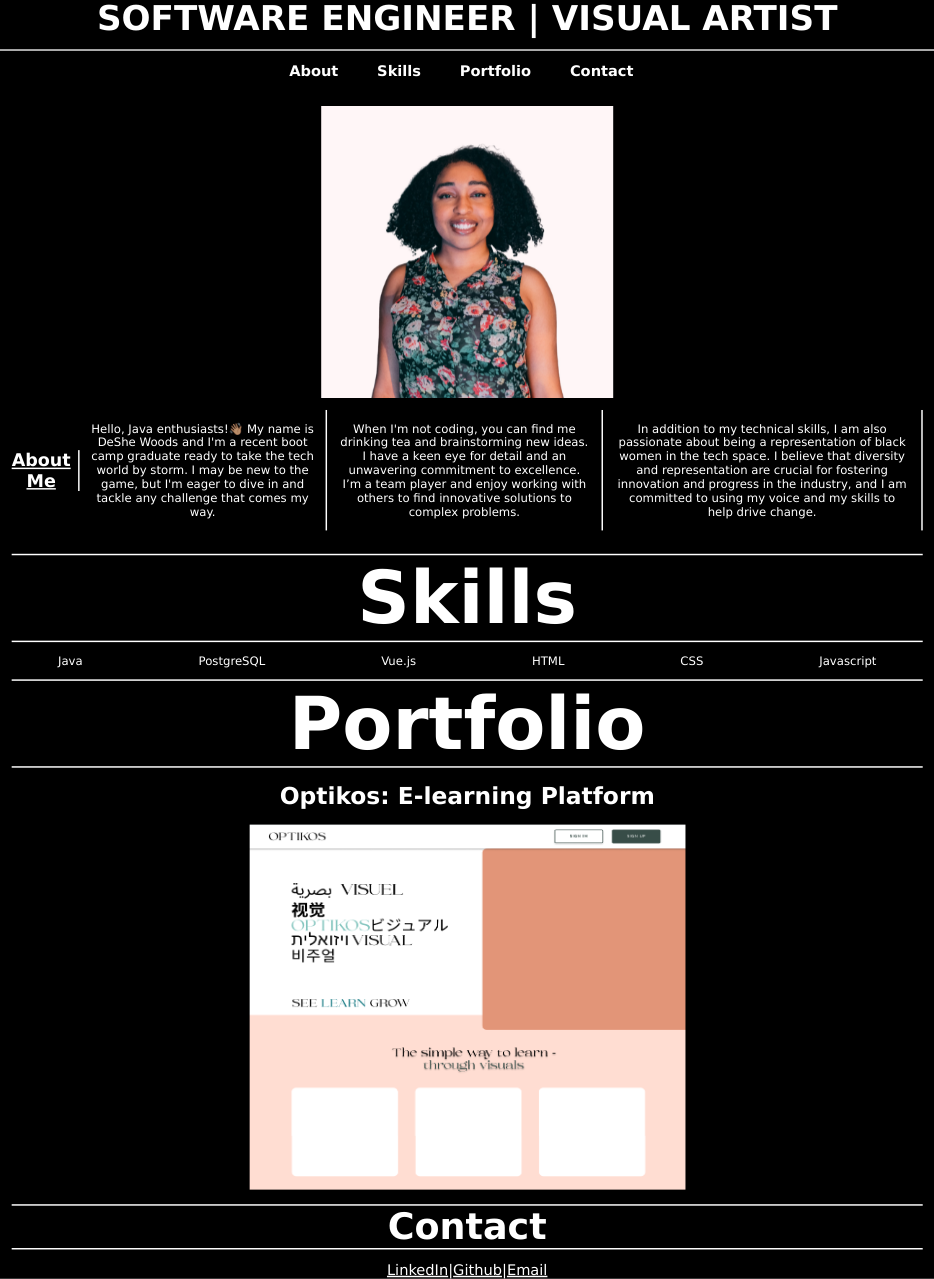
Repository: woodsdeshe/portfolio
Page: index.html
An editor plug-in stored every save of this project. The page is shown before and after the next save, followed by the edit.
The browser window is 1280 px wide. The pictures show the part of the page from y = 664 to 2416 px (the page is 2416 px tall), at 73% of full size.
The pointer rests on the first visible `.navbar a`.
A picture or video elsewhere on the page could not be fetched, so the positions and the page height are approximate. Some web fonts or font styles are not loaded; a fallback is used.

Above is the page before, as saved 2023-06-11 12:46:47.

### index.html
<!DOCTYPE html>
<html lang="en">
<head>
    <meta charset="UTF-8">
    <meta http-equiv="X-UA-Compatible" content="IE=edge">
    <meta name="viewport" content="width=device-width, initial-scale=1.0">
    <title>DeShe Woods | Software Engineer</title>
    <link rel="stylesheet" href="style.css">
    <link rel="stylesheet" href="https://cdnjs.cloudflare.com/ajax/libs/aos/2.3.4/aos.css" />
</head>
<body>
    <div class="container">
        <video autoplay muted loop>
            <source src="pexels-crazy-motions-11738195-1920x1080-24fps.mp4" type="video/mp4">
        </video>
        <div class="header">
            <h1>DESHE WOODS</h1>
        </div>
    </div>
    <div class="subheader">
        <h3>SOFTWARE ENGINEER | VISUAL ARTIST</h3>
    </div>
    <nav class="navbar">
        <ul>
            <li><a href="#about">About</a></li>
            <li><a href="#skills">Skills</a></li>
            <li><a href="#portfolio">Portfolio</a></li>
            <li><a href="#contact">Contact</a></li>
        </ul>
    </nav>
    <div class="headshot" data-aos="fade-up">
        <img src="Headshot.jpg" alt="Picture of DeShe Woods">
    </div>
    <div class="about-me" data-aos="fade-up">
        <h2 id="about">About Me</h2>
        <p>Hello, Java enthusiasts!👋🏽 My name is DeShe Woods and I'm a recent boot camp graduate ready to take the tech world by storm. I may be new to the game, but I'm eager to dive in and tackle any challenge that comes my way.</p>
        <p>When I'm not coding, you can find me drinking tea and brainstorming new ideas. I have a keen eye for detail and an unwavering commitment to excellence. I’m a team player and enjoy working with others to find innovative solutions to complex problems.</p>
        <p>In addition to my technical skills, I am also passionate about being a representation of black women in the tech space. I believe that diversity and representation are crucial for fostering innovation and progress in the industry, and I am committed to using my voice and my skills to help drive change.</p>
    </div>

    <div class="skills-header">
        <h1 id="skills">Skills</h1>
    </div>
    <div class="skills-content" data-aos="fade-up">
        <p class="java">Java</p>
        <p class="postgresql">PostgreSQL</p>
        <p class="Vue-js">Vue.js</p>
        <p class="html">HTML</p>
        <p class="css">CSS</p>
        <p class="javascript">Javascript</p>
    </div>
    <div class="portfolio-header">
        <h1 id="portfolio">Portfolio</h1>
    </div>
    <div class="optikos" data-aos="fade-up">
        <h1>Optikos: E-learning Platform</h1>
        <img src="Screenshot (6).png" alt="Screenshot of Optikos home page">
    </div>
    <div class="contact" id="contact">
        <h2>Contact</h2>
    </div>
   <footer>
    <a href="#">LinkedIn</a> |
    <a href="#">Github</a> |
    <a href="#">Email</a>
   </footer>

   <script src="https://cdnjs.cloudflare.com/ajax/libs/jquery/3.6.0/jquery.min.js"></script>
   <script src="https://cdnjs.cloudflare.com/ajax/libs/aos/2.3.4/aos.js"></script>
   <script>
     AOS.init();
   </script>
</body>
</html>

### style.css
@import url('https://fonts.googleapis.com/css2?family=Climate+Crisis&display=swap');

* {
    margin: 0;
    padding: 0;
    box-sizing: border-box;
}

body:not(.container) {
    background-color: #000;
    font-family: Verdana, Geneva, Tahoma, sans-serif;
    color: white;
}

.container {
    width: 100%;
    height: 100%;
    position: relative;
}

.container video {
    height: 100%;
    width: 100%;
}

.header h1{
    font-family:'Climate Crisis', cursive, Verdana;
    font-size: 200px;
    font-weight: 900;
    text-align: center;
    color: white;
    position: absolute;
    top: 0;
    left:0;
    background: #000;
    height: 100%;
    width: 100%;
    display:flex;
    align-items: center;
    justify-content: center;
    flex-wrap: wrap;
    mix-blend-mode: multiply;
}

.subheader {
    border-top: 2px solid white;
    border-bottom: 2px solid white;
    padding: 1rem;
    text-align: center;
    font-size: 40px;
}

.navbar {
    background-color: #000;
    padding: 1rem;
    text-align: center;
}

.navbar ul {
    list-style-type: none;
}

.navbar li {
    display: inline-block;
    margin-right: 1rem;
}

.navbar a {
    text-decoration: none;
    color: white;
    font-size: 20px;
    font-weight: bold;
    padding: 0.5rem 1rem;
}

.navbar a:hover {
    background-color: ;
    border-radius: 5px;
}


.headshot img {
    height:400px;
    width: 400px;
    align-content: center;
    display:block;
    margin-left: auto;
    margin-right: auto;
    margin-top: 20px;
}

.about-me {
    padding: 1rem;
    text-align: center;
    display: flex;
    align-items: center;
}

.about-me h2 {
    text-decoration: underline;
    border-right: 2px solid white;
    padding-right: 10px;
}

.about-me p {
    border-right: 2px solid white;
    padding: 1rem;
}

.portfolio-header, .skills-header, .contact h2 {
    font-size: 50px;
    text-align: center;
    border-top: 2px solid white;
    border-bottom: 2px solid white;
    margin: 1rem
}

.skills-content {
    display: flex;
    flex-direction: row;
    justify-content: space-around;
}

.portfolio {
    display: flex;
    flex-direction: column;
}

.optikos img {
   width: 597px;
   height: 500px;
   display: block;
   margin-left: auto;
    margin-right: auto;
    margin-bottom: 20px;
}


.optikos h1 {
    text-align: center;
    margin: 20px;
}

.optikos p {
    grid-area: "optikos-content";
}

.contact h2{
    font-size: 50px
}

footer {
    display: flex;
    justify-content: center;
    font-size: 20px;
}

footer a {

        box-shadow: inset 0 0 0 0 #54b3d6;
        color: white;
        margin: 0 -.25rem;
        padding: 0 .25rem;
        transition: color .3s ease-in-out, box-shadow .3s ease-in-out;
}
    footer a:hover {
        box-shadow: inset 100px 0 0 0 #54b3d6;
        color: white;
      }

After the next save:
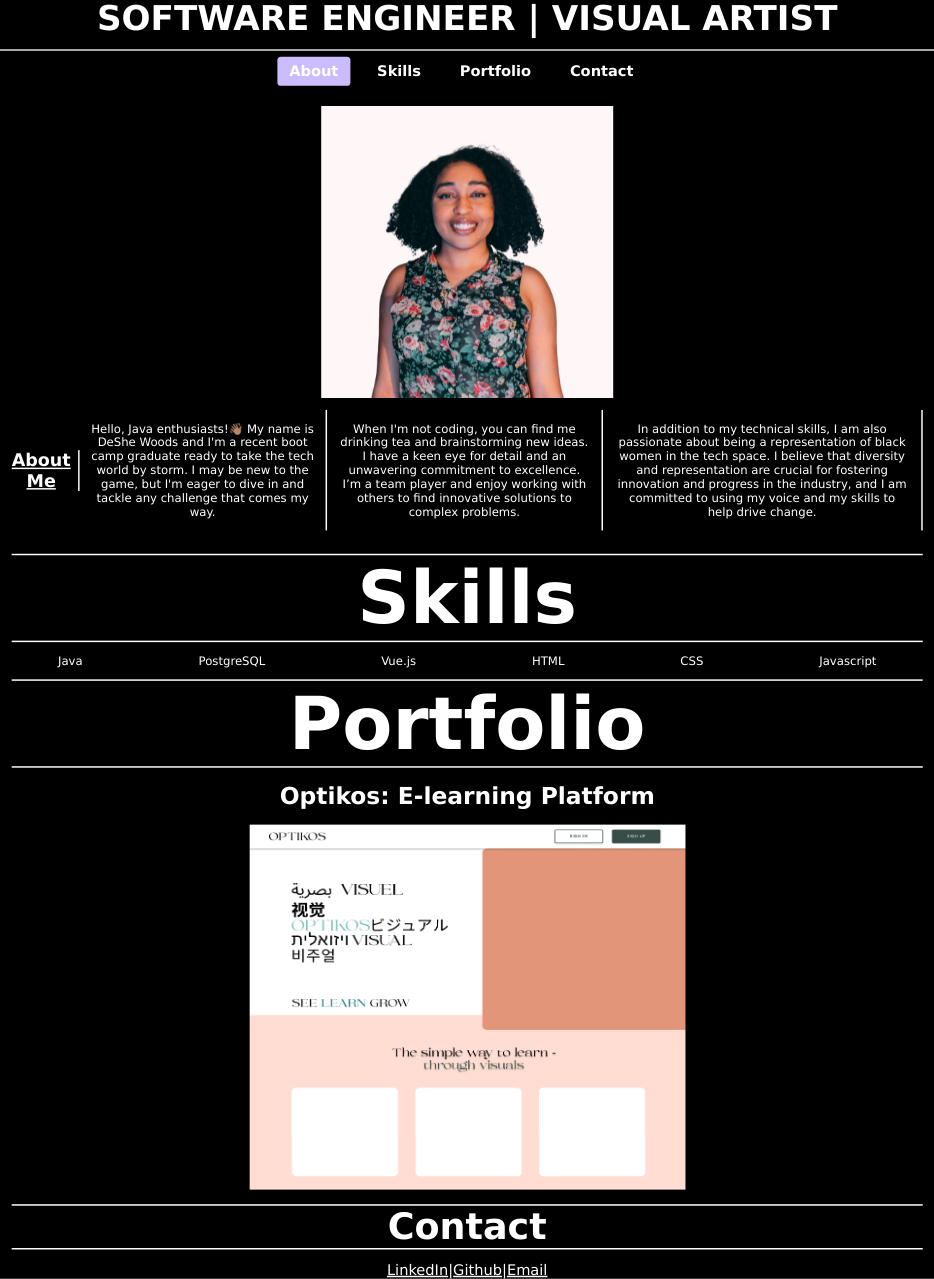
Saved 11 s later.
--- a/style.css
+++ b/style.css
@@ -74,7 +74,7 @@ body:not(.container) {
 }
 
 .navbar a:hover {
-    background-color: ;
+    background-color: #cabcff;
     border-radius: 5px;
 }
 
